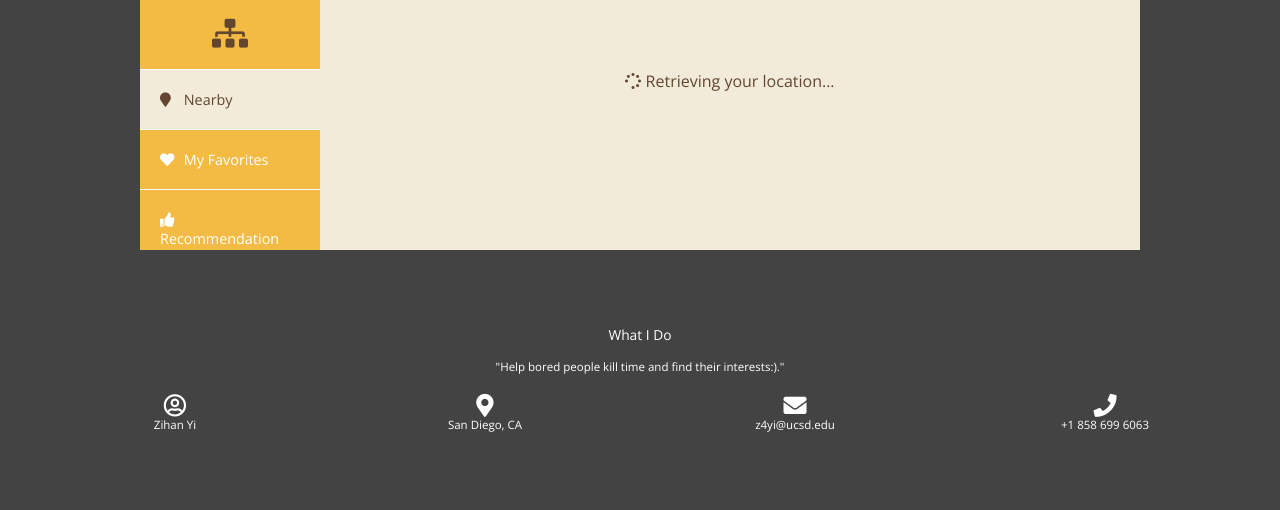
Repository: harryyizihan/fun_finder
Page: Jupiter/WebContent/index.html
An editor plug-in stored every save of this project. The page is shown before and after the next save, followed by the edit.
The browser window is 1280 px wide. The pictures show the part of the page from y = 310 to 820 px (the page is 820 px tall).
Some web libraries are served in a nearby version.

Above is the page before, as saved 2018-07-08 22:35:21.

### Jupiter/WebContent/index.html
<!DOCTYPE html>
<html>
<head>
<meta charset="UTF-8">
<meta name="description" content="Item Recommendation">
<meta name="author" content="Your Name">
<title>What to do next?</title>
<link
	href='https://fonts.googleapis.com/css?family=Open+Sans:400,300,700'
	rel='stylesheet' type='text/css'>
<link rel="stylesheet"
	href="https://maxcdn.bootstrapcdn.com/font-awesome/4.5.0/css/font-awesome.min.css">
<link rel="stylesheet"
	href="https://use.fontawesome.com/releases/v5.1.0/css/all.css"
	integrity="sha384-lKuwvrZot6UHsBSfcMvOkWwlCMgc0TaWr+30HWe3a4ltaBwTZhyTEggF5tJv8tbt"
	crossorigin="anonymous">
<link rel="stylesheet" href="styles/main.css">
</head>
<body>
	<header class="top-header">
		<nav class="top-nav">
			<a href="#">Home</a> <a href="#">Contact</a> <a href="#">About</a>
		</nav>
		<span id="welcome-msg"></span> <i id="avatar"
			class="avatar fa fa-user fa-2x"></i>
	</header>

	<div class="container">
		<header>
			<p>
				<span>Item</span> <br /> Recommendation
			</p>
		</header>

		<section class="main-section">
			<aside id="item-nav">
				<div class="nav-icon">
					<i class="fa fa-sitemap fa-2x"></i>
				</div>
				<nav class="main-nav">
					<a href="#" id="nearby-btn" class="main-nav-btn active"> <i
						class="fa fa-map-marker"></i> Nearby
					</a> <a href="#" id="fav-btn" class="main-nav-btn"> <i
						class="fa fa-heart"></i> My Favorites
					</a> <a href="#" id="recommend-btn" class="main-nav-btn"> <i
						class="fa fa-thumbs-up"></i> Recommendation
					</a>
				</nav>
			</aside>

			<ul id="item-list">
				<li class="item"><img alt="item image"
					src="https://s3-media3.fl.yelpcdn.com/bphoto/EmBj4qlyQaGd9Q4oXEhEeQ/ms.jpg" />
					<div>
						<a class="item-name" href="#">Item</a>
						<p class="item-category">Vegetarian</p>
						<div class="stars">
							<i class="fa fa-star"></i> <i class="fa fa-star"></i> <i
								class="fa fa-star"></i>
						</div>
					</div>
					<p class="item-address">
						699 Calderon Ave<br />Mountain View<br /> CA
					</p>
					<div class="fav-link">
						<i class="fa fa-heart"></i>
					</div></li>
			</ul>
		</section>
	</div>

	<footer>
		<p class="title">What I Do</p>
		<p>"Help bored people kill time and find their interests:)."</p>
		<ul>
			<li>
				<p>
					<i class="far fa-user-circle fa-2x"></i>
				</p>
				<p>Zihan Yi</p>
			</li>
			<li>
				<p>
					<i class="fas fa-map-marker-alt fa-2x"></i>
				</p>
				<p>San Diego, CA</p>
			</li>
			<li>
				<p>
					<i class="fa fa-envelope fa-2x"></i>
				</p>
				<p>z4yi@ucsd.edu</p>
			</li>
			<li>
				<p>
					<i class="fa fa-phone fa-2x"></i>
				</p>
				<p>+1 858 699 6063</p>
			</li>
		</ul>
	</footer>

	<script src="https://rawgit.com/emn178/js-md5/master/build/md5.min.js"></script>
	<script src="scripts/main.js"></script>
</body>
</html>

### Jupiter/WebContent/styles/main.css
/* step1: init */
* {
	box-sizing: border-box;
	margin: 0;
	padding: 0;
}

body {
	background: #434343;
	color: #FFFFFF;
	font-family: 'Open Sans', sans-serif;
	font-weight: 300;
	font-size: 0.9em;
}

ul {
	list-style: none;
}

/*  step2: top header */

/* 2.1 header */
.top-header {
	align-items: center;
	background: #DF574B;
	box-shadow: 0px 2px 10px #333333;
	display: flex;
	height: 60px;
	position: fixed;
	top: 0;
	width: 100%;
	z-index: 1;
}

.avatar {
	background: #FFFFFF;
	border-radius: 50%;
	color: #333C4D;
	height: 40px;
	margin-right: 20px;
	padding-left: 9px;
	padding-top: 5px;
	width: 40px;
}

/* 2.2 top navigation */
.top-nav {
	flex: 1;
}

.top-nav a {
	color: #F9F9F9;
	font-weight: 400;
	margin-left: 20px;
	text-decoration: none;
}

/* step3: main container */
.container {
	margin: 60px auto;
	max-width: 1000px;
	min-width: 600px;
}

/* 3.1 main header */
.container>header {
	align-items: center;
	background:
		url('http://prophoto.com.cy/wp-content/galleries/food/food-restaurant-photographer-cyprus-10.jpg')
		no-repeat 50% 50%;
	background-size: 100%;
	display: flex;
	height: 250px;
}

.container>header p {
	border-left: 1px solid #FFFFFF;
	font-weight: 400;
	font-size: 2em;
	line-height: 1em;
	margin-left: 220px;
	padding-left: 5px;
}

.container>header span {
	color: #FBAF41;
}

/* 3.2 main section */
.main-section {
	background: #F3BB43;
}

/* 3.2.1 aside */
#item-nav {
	float: left;
	width: 180px;
}

.nav-icon {
	color: #624630;
	padding: 20px;
	text-align: center;
}

/* 3.2.2 main navigation */
.main-nav-btn {
	background: none;
	border-top: 1px solid #FFFFFF;
	color: #FFFFFF;
	display: block;
	padding: 20px;
	text-align: left;
	text-decoration: none;
}

.main-nav-btn:hover {
	background: rgba(255, 255, 255, 0.8);
	color: #624630;
}

.main-nav-btn.active {
	background: #F2EBD9;
	color: #624630;
}

.main-nav-btn i {
	width: 20px;
}

/* 3.3 item list */
#item-list {
	background: #F2EBD9;
	color: #624630;
	list-style: none;
	margin-left: 180px;
	min-height: 250px;
	padding: 10px;
}

#item-list .notice {
	font-size: 16px;
	padding: 60px;
	text-align: center;
}

/**
 * item
 */
.item {
	align-items: center;
	border-bottom: 1px solid #FFFFFF;
	display: flex;
	margin: 10px;
	padding: 15px;
	transition: background-color 100ms linear;
}

.item:last-child {
	border: none;
}

.item:hover {
	background: rgba(255, 255, 255, 0.8);
	transition: background-color 100ms linear;
}

.item img {
	border: 1px solid #FFFFFF;
	height: 80px;
	width: 80px;
}

.item>div:first-of-type {
	flex: 1;
	margin-left: 10px;
	margin-right: 10px;
}

.item-name {
	color: #624630;
	font-weight: 400;
	text-decoration: none;
}

.item-name:hover {
	text-decoration: underline;
}

.item-address {
	line-height: 20px;
	padding-right: 20px;
	text-align: right;
}

.stars {
	align-items: center;
	display: flex;
	padding-top: 10px;
}

.fav-link {
	border-left: 1px solid #FFFFFF;
	cursor: pointer;
	line-height: 60px;
	text-align: center;
	width: 60px;
}

.fav-link:hover {
	color: #F13F3F;
}

/* step4: footer section */
footer {
	background: #434343;
	font-size: 0.8em;
	height: 200px;
	position: relative;
}

footer p {
	text-align: center;
}

footer p.title {
	font-size: 1.2em;
	padding: 15px;
}

footer ul {
	align-items: center;
	display: flex;
	padding: 20px;
}

footer ul li {
	flex: 1;
}

### Jupiter/WebContent/scripts/main.js
(function() {

	/**
	 * Variables
	 */
	var user_id = '1111';
	var user_fullname = 'X';
	var lng = -122.08;
	var lat = 37.38;

	/**
	 * Initialize
	 */
	function init() {
		// Register event listeners
		$('nearby-btn').addEventListener('click', loadNearbyItems);
		$('fav-btn').addEventListener('click', loadFavoriteItems);
		$('recommend-btn').addEventListener('click', loadRecommendedItems);

		var welcomeMsg = $('welcome-msg');
		welcomeMsg.innerHTML = 'Welcome, ' + user_fullname;
		initGeoLocation();
	}

	function initGeoLocation() {
		if (navigator.geolocation) {
			navigator.geolocation.getCurrentPosition(onPositionUpdated,
					onLoadPositionFailed, {
				maximumAge: 60000
			});
			showLoadingMessage('Retrieving your location...');
		} else {
			onLoadPositionFailed();
		}
	}

	function onPositionUpdated(position) {
		lat = position.coords.latitude;
		lng = position.coords.longitude;

		loadNearbyItems();
	}

	function onLoadPositionFailed() {
		console.warn('navigator.geolocation is not available');
		getLocationFromIP();
	}

	function getLocationFromIP() {
		// Get location from http://ipinfo.io/json
		var url = 'http://ipinfo.io/json'
			var req = null;
		ajax('GET', url, req, function(res) {
			var result = JSON.parse(res);
			if ('loc' in result) {
				var loc = result.loc.split(',');
				lat = loc[0];
				lng = loc[1];
			} else {
				console.warn('Getting location by IP failed.');
			}
			loadNearbyItems();
		});
	}

	// -----------------------------------
	// Helper Functions
	// -----------------------------------

	/**
	 * A helper function that makes a navigation button active
	 *
	 * @param btnId -
	 *            The id of the navigation button
	 */
	function activeBtn(btnId) {
		var btns = document.getElementsByClassName('main-nav-btn');

		// deactivate all navigation buttons
		for (var i = 0; i < btns.length; i++) {
			btns[i].className = btns[i].className.replace(/\bactive\b/, '');
		}

		// active the one that has id = btnId
		var btn = $(btnId);
		btn.className += ' active';
	}

	function showLoadingMessage(msg) {
		var itemList = $('item-list');
		itemList.innerHTML = '<p class="notice"><i class="fa fa-spinner fa-spin"></i> ' +
		msg + '</p>';
	}

	function showWarningMessage(msg) {
		var itemList = $('item-list');
		itemList.innerHTML = '<p class="notice"><i class="fa fa-exclamation-triangle"></i> ' +
		msg + '</p>';
	}

	function showErrorMessage(msg) {
		var itemList = $('item-list');
		itemList.innerHTML = '<p class="notice"><i class="fa fa-exclamation-circle"></i> ' +
		msg + '</p>';
	}

	/**
	 * A helper function that creates a DOM element <tag options...>
	 *
	 * @param tag
	 * @param options
	 * @returns
	 */
	function $(tag, options) {
		if (!options) {
			return document.getElementById(tag);
		}

		var element = document.createElement(tag);

		for (var option in options) {
			if (options.hasOwnProperty(option)) {
				element[option] = options[option];
			}
		}

		return element;
	}

	function hideElement(element) {
		element.style.display = 'none';
	}

	function showElement(element, style) {
		var displayStyle = style ? style : 'block';
		element.style.display = displayStyle;
	}

	/**
	 * AJAX helper
	 *
	 * @param method -
	 *            GET|POST|PUT|DELETE
	 * @param url -
	 *            API end point
	 * @param callback -
	 *            This the successful callback
	 * @param errorHandler -
	 *            This is the failed callback
	 */
	function ajax(method, url, data, callback, errorHandler) {
		var xhr = new XMLHttpRequest();

		xhr.open(method, url, true);

		xhr.onload = function() {
			if (xhr.status === 200) {
				callback(xhr.responseText);
			} else {
				errorHandler();
			}
		};

		xhr.onerror = function() {
			console.error("The request couldn't be completed.");
			errorHandler();
		};

		if (data === null) {
			xhr.send();
		} else {
			xhr.setRequestHeader("Content-Type",
			"application/json;charset=utf-8");
			xhr.send(data);
		}
	}

	// -------------------------------------
	// AJAX call server-side APIs
	// -------------------------------------

	/**
	 * API #1 Load the nearby items API end point: [GET]
	 * /Dashi/search?user_id=1111&lat=37.38&lon=-122.08
	 */
	function loadNearbyItems() {
		console.log('loadNearbyItems');
		activeBtn('nearby-btn');

		// The request parameters
		var url = './search';
		var params = 'user_id=' + user_id + '&lat=' + lat + '&lon=' + lng;
		var req = JSON.stringify({});

		// display loading message
		showLoadingMessage('Loading nearby items...');

		// make AJAX call
		ajax('GET', url + '?' + params, req,
				// successful callback
				function(res) {
			var items = JSON.parse(res);
			if (!items || items.length === 0) {
				showWarningMessage('No nearby item.');
			} else {
				listItems(items);
			}
		},
		// failed callback
		function() {
			showErrorMessage('Cannot load nearby items.');
		});
	}

	/**
	 * API #2 Load favorite (or visited) items API end point: [GET]
	 * /Dashi/history?user_id=1111
	 */
	function loadFavoriteItems() {
		activeBtn('fav-btn');

		// The request parameters
		var url = './history';
		var params = 'user_id=' + user_id;
		var req = JSON.stringify({});

		// display loading message
		showLoadingMessage('Loading favorite items...');

		// make AJAX call
		ajax('GET', url + '?' + params, req, function(res) {
			var items = JSON.parse(res);
			if (!items || items.length === 0) {
				showWarningMessage('No favorite item.');
			} else {
				listItems(items);
			}
		}, function() {
			showErrorMessage('Cannot load favorite items.');
		});
	}

	/**
	 * API #3 Load recommended items API end point: [GET]
	 * /Dashi/recommendation?user_id=1111
	 */
	function loadRecommendedItems() {
		activeBtn('recommend-btn');

		// The request parameters
		var url = './recommendation';
		var params = 'user_id=' + user_id + '&lat=' + lat + '&lon=' + lng;

		var req = JSON.stringify({});

		// display loading message
		showLoadingMessage('Loading recommended items...');

		// make AJAX call
		ajax(
				'GET',
				url + '?' + params,
				req,
				// successful callback
				function(res) {
					var items = JSON.parse(res);
					if (!items || items.length === 0) {
						showWarningMessage('No recommended item. Make sure you have favorites.');
					} else {
						listItems(items);
					}
				},
				// failed callback
				function() {
					showErrorMessage('Cannot load recommended items.');
				});
	}

	/**
	 * API #4 Toggle favorite (or visited) items
	 *
	 * @param item_id -
	 *            The item business id
	 *
	 * API end point: [POST]/[DELETE] /Dashi/history request json data: {
	 * user_id: 1111, visited: [a_list_of_business_ids] }
	 */
	function changeFavoriteItem(item_id) {
		// Check whether this item has been visited or not
		var li = $('item-' + item_id);
		var favIcon = $('fav-icon-' + item_id);
		var favorite = li.dataset.favorite !== 'true';

		// The request parameters
		var url = './history';
		var req = JSON.stringify({
			user_id: user_id,
			favorite: [item_id]
		});
		var method = favorite ? 'POST' : 'DELETE';

		ajax(method, url, req,
				// successful callback
				function(res) {
			var result = JSON.parse(res);
			if (result.result === 'SUCCESS') {
				li.dataset.favorite = favorite;
				favIcon.className = favorite ? 'fa fa-heart' : 'fa fa-heart-o';
			}
		});
	}

	// -------------------------------------
	// Create item list
	// -------------------------------------

	/**
	 * List items
	 *
	 * @param items -
	 *            An array of item JSON objects
	 */
	function listItems(items) {
		// Clear the current results
		var itemList = $('item-list');
		itemList.innerHTML = '';

		for (var i = 0; i < items.length; i++) {
			addItem(itemList, items[i]);
		}
	}

	/**
	 * Add item to the list
	 *
	 * @param itemList -
	 *            The
	 *            <ul id="item-list">
	 *            tag
	 * @param item -
	 *            The item data (JSON object)
	 */
	function addItem(itemList, item) {
		var item_id = item.item_id;

		// create the <li> tag and specify the id and class attributes
		var li = $('li', {
			id: 'item-' + item_id,
			className: 'item'
		});

		// set the data attribute
		li.dataset.item_id = item_id;
		li.dataset.favorite = item.favorite;

		// item image
		if (item.image_url) {
			li.appendChild($('img', {
				src: item.image_url
			}));
		} else {
			li.appendChild($(
					'img', {
						src: 'https://assets-cdn.github.com/images/modules/logos_page/GitHub-Mark.png'
					}))
		}
		// section
		var section = $('div', {});

		// title
		var title = $('a', {
			href: item.url,
			target: '_blank',
			className: 'item-name'
		});
		title.innerHTML = item.name;
		section.appendChild(title);

		// category
		var category = $('p', {
			className: 'item-category'
		});
		category.innerHTML = 'Category: ' + item.categories.join(', ');
		section.appendChild(category);

		// TODO(vincent). here we might have a problem showing 3.5 as 3.
		// stars
		var stars = $('div', {
			className: 'stars'
		});

		for (var i = 0; i < item.rating; i++) {
			var star = $('i', {
				className: 'fa fa-star'
			});
			stars.appendChild(star);
		}

		if (('' + item.rating).match(/\.5$/)) {
			stars.appendChild($('i', {
				className: 'fa fa-star-half-o'
			}));
		}

		section.appendChild(stars);

		li.appendChild(section);

		// address
		var address = $('p', {
			className: 'item-address'
		});

		address.innerHTML = item.address.replace(/,/g, '<br/>').replace(/\"/g,
		'');
		li.appendChild(address);

		// favorite link
		var favLink = $('p', {
			className: 'fav-link'
		});

		favLink.onclick = function() {
			changeFavoriteItem(item_id);
		};

		favLink.appendChild($('i', {
			id: 'fav-icon-' + item_id,
			className: item.favorite ? 'fa fa-heart' : 'fa fa-heart-o'
		}));

		li.appendChild(favLink);

		itemList.appendChild(li);
	}

	init();

})();

After the next save:
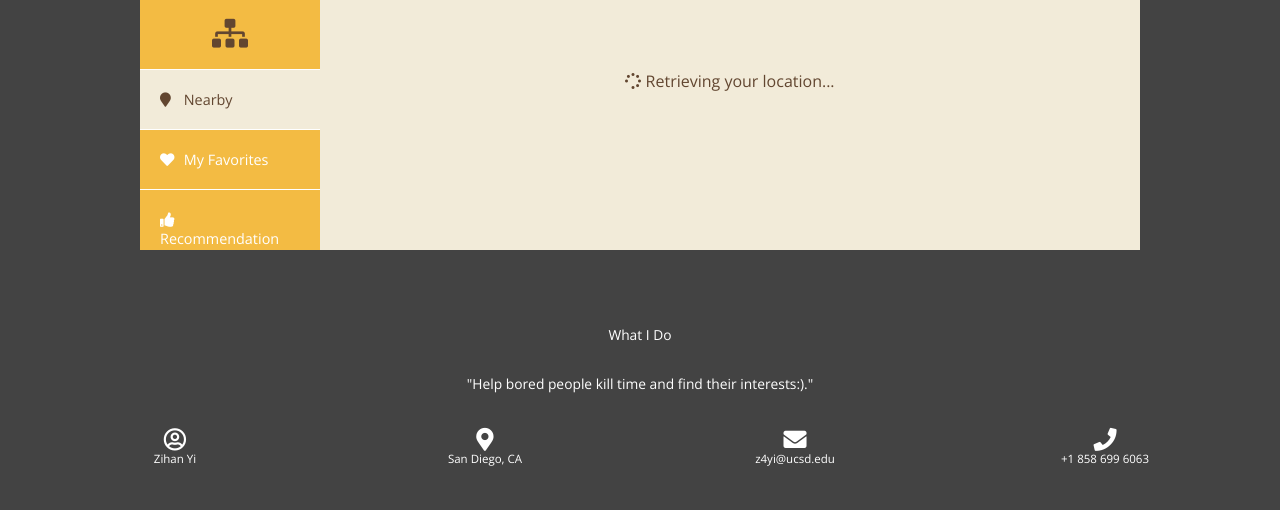
Saved 80 min 10 s later.
--- a/Jupiter/WebContent/index.html
+++ b/Jupiter/WebContent/index.html
@@ -71,7 +71,7 @@
 
 	<footer>
 		<p class="title">What I Do</p>
-		<p>"Help bored people kill time and find their interests:)."</p>
+		<p class="title">"Help bored people kill time and find their interests:)."</p>
 		<ul>
 			<li>
 				<p>
